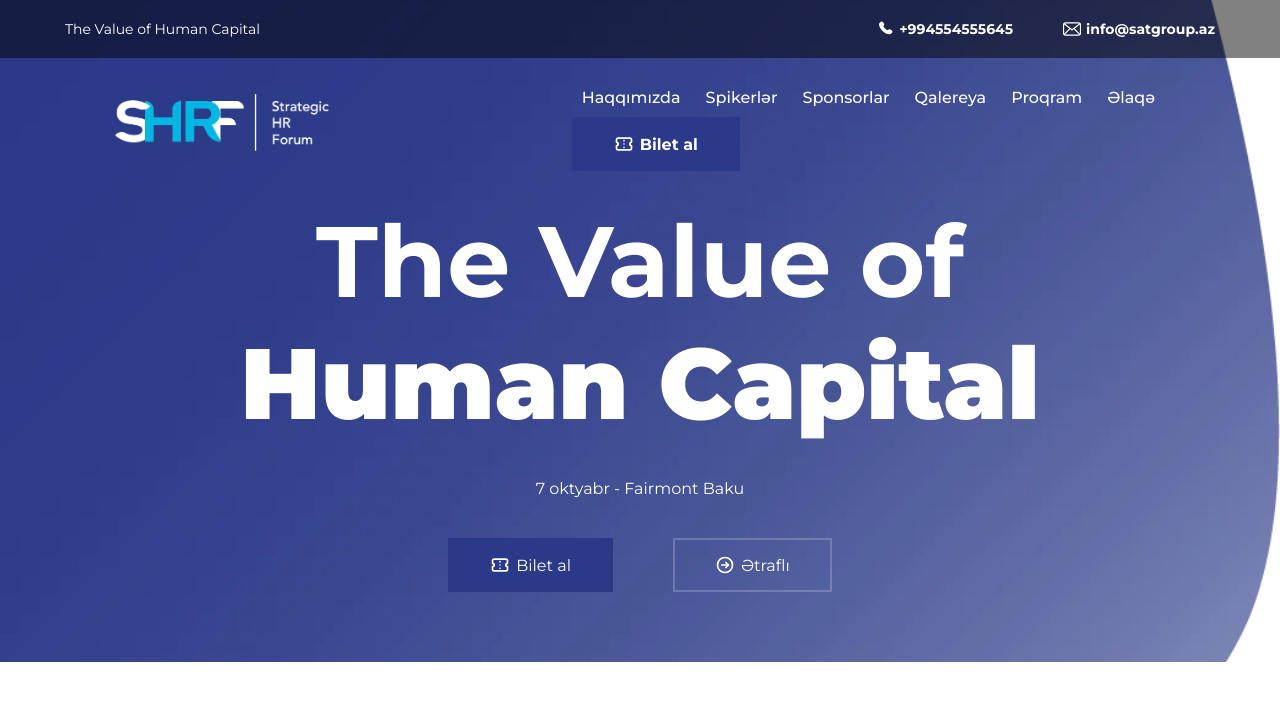
Repository: allahverdiyevabdulhasan/shrf
Page: /
The author's editor kept a copy of each file at every save. The page is drawn from the files as they stood at one save, then again after the next save.
The browser window is 1280 px wide. The pictures show the whole page.
The project was rebuilt for these pictures with package versions that can differ from the ones it lists, and the page was loaded fresh each time. Also part of the build but not shown: vite.config.js, src/App.css.

Above is the page before, as saved 2024-08-16 10:55:20.

After the next save:
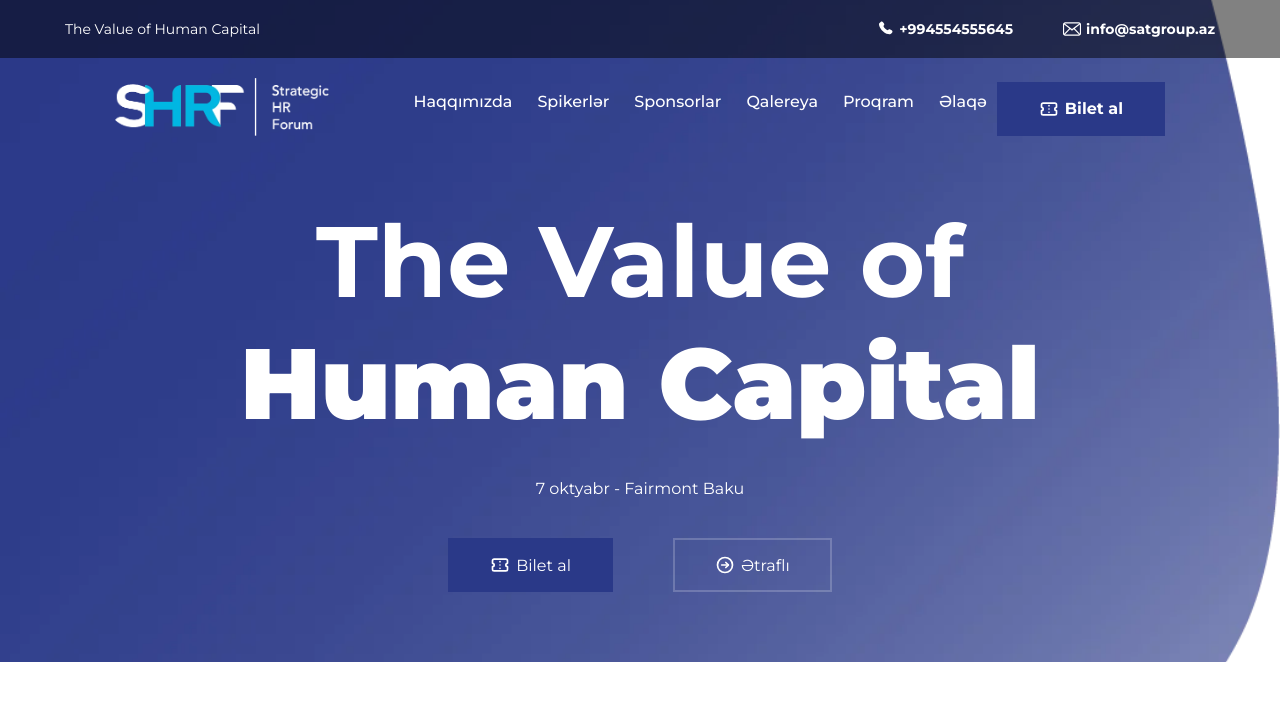
Saved 23 s later.
--- a/src/components/Header/style.module.css
+++ b/src/components/Header/style.module.css
@@ -59,7 +59,9 @@ header {
             width: 100%;
         }
     }
-
+    & .menu{
+        display: flex;
+    }
     & nav{
         margin: 0 10px;
     }
